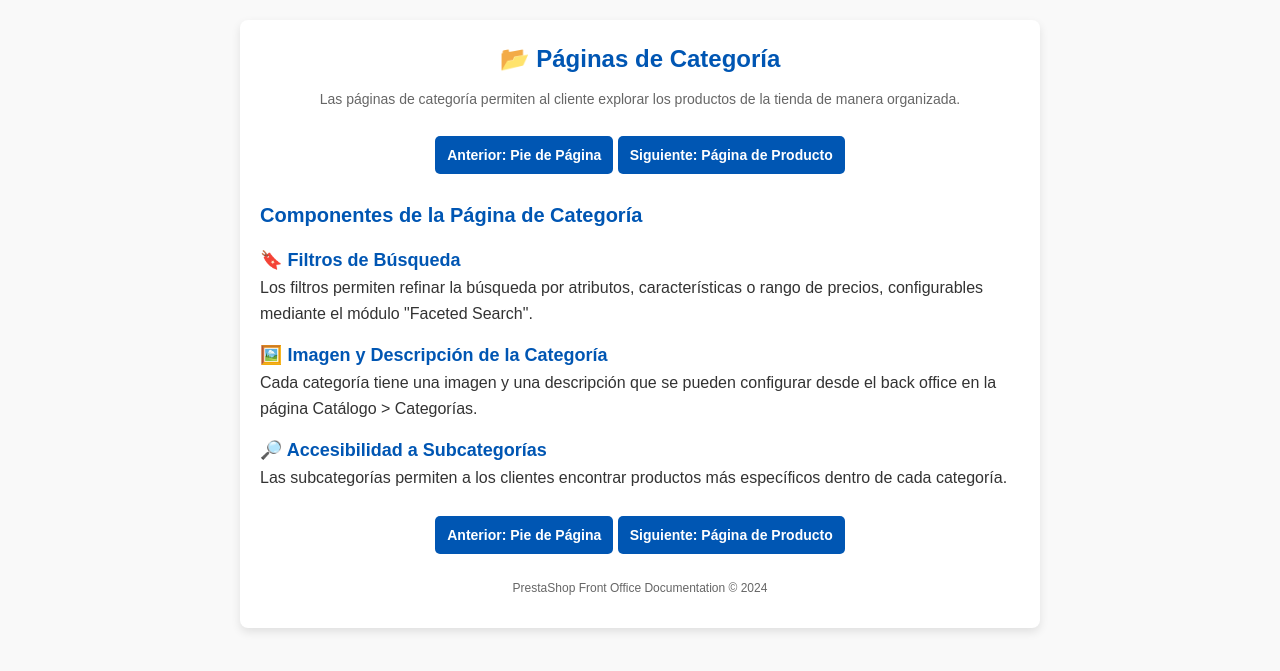
Repository: mag00s/documentacion-prestashop
Page: category-page.html
An editor plug-in stored every save of this project. The page is shown before and after the next save, followed by the edit.
The browser window is 1280 px wide. The pictures show the whole page.

Above is the page before, as saved 2024-11-13 17:00:44.

After the next save:
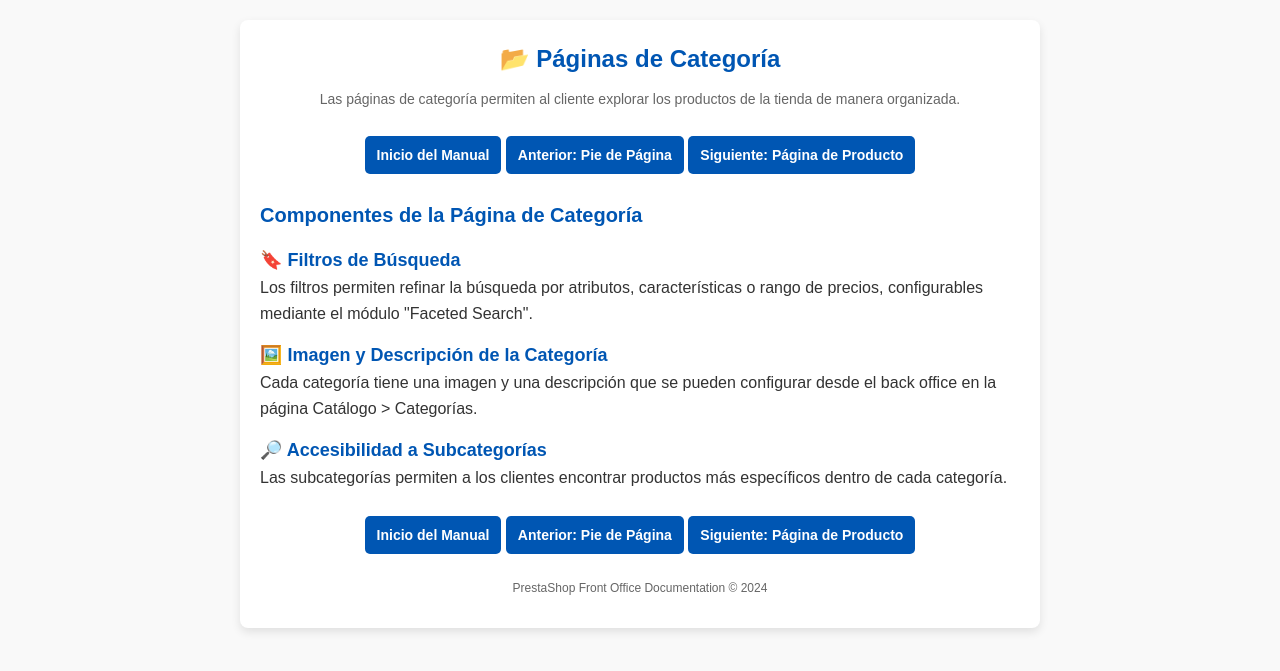
Saved 14 s later.
--- a/category-page.html
+++ b/category-page.html
@@ -14,6 +14,7 @@
         </header>
 
         <nav>
+            <a href="index.html" class="button-link">Inicio del Manual</a>
             <a href="footer.html" class="button-link">Anterior: Pie de Página</a>
             <a href="product-page.html" class="button-link">Siguiente: Página de Producto</a>
         </nav>
@@ -32,6 +33,7 @@
 
         <footer>
             <nav>
+                <a href="index.html" class="button-link">Inicio del Manual</a>
                 <a href="footer.html" class="button-link">Anterior: Pie de Página</a>
                 <a href="product-page.html" class="button-link">Siguiente: Página de Producto</a>
             </nav>
